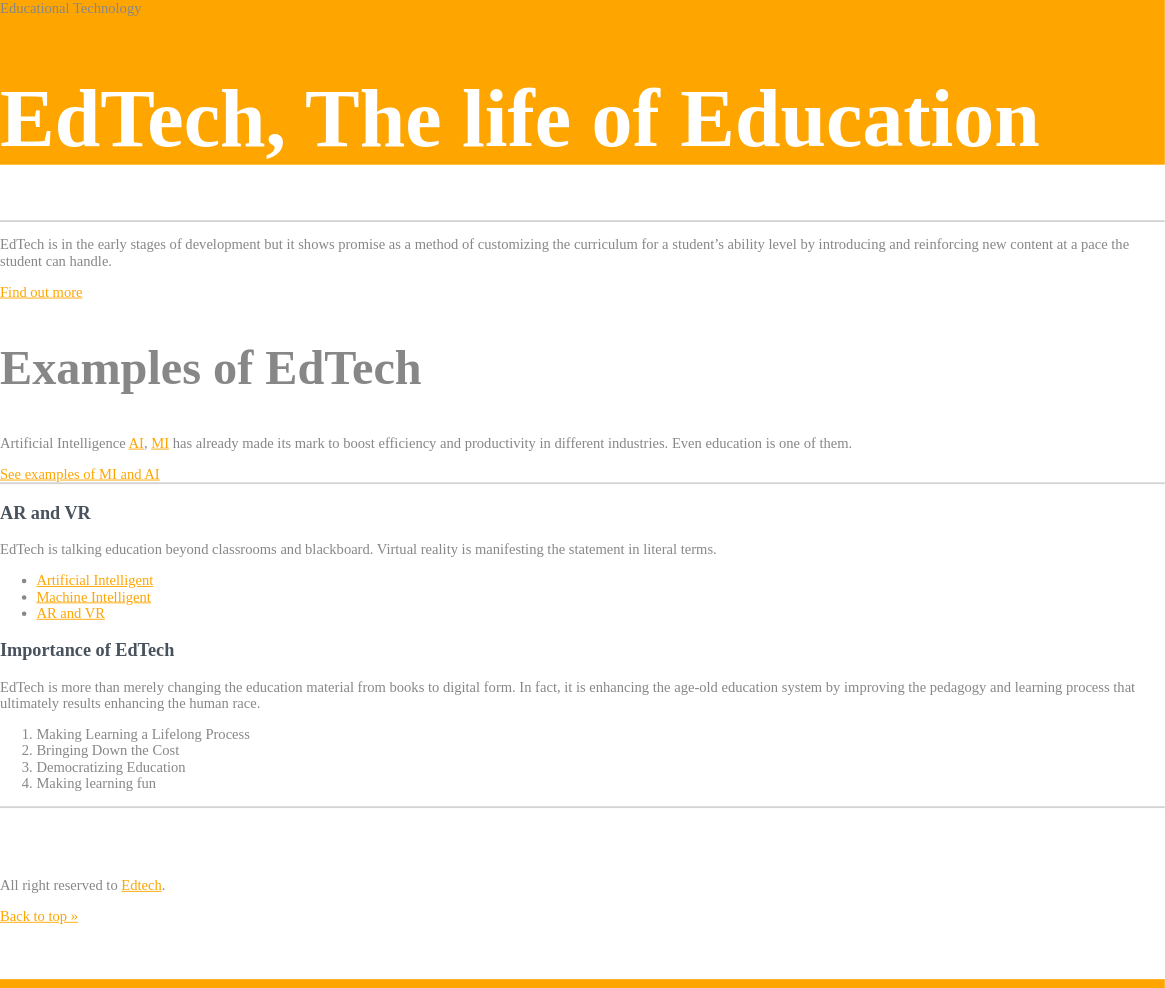
Repository: tunmishyi/edtech
Page: index.html
An editor plug-in stored every save of this project. The page is shown before and after the next save, followed by the edit.
The browser window is 1280 px wide. The pictures show the whole page, at 91% of full size.

Above is the page before, as saved 2020-06-09 22:19:22.

After the next save:
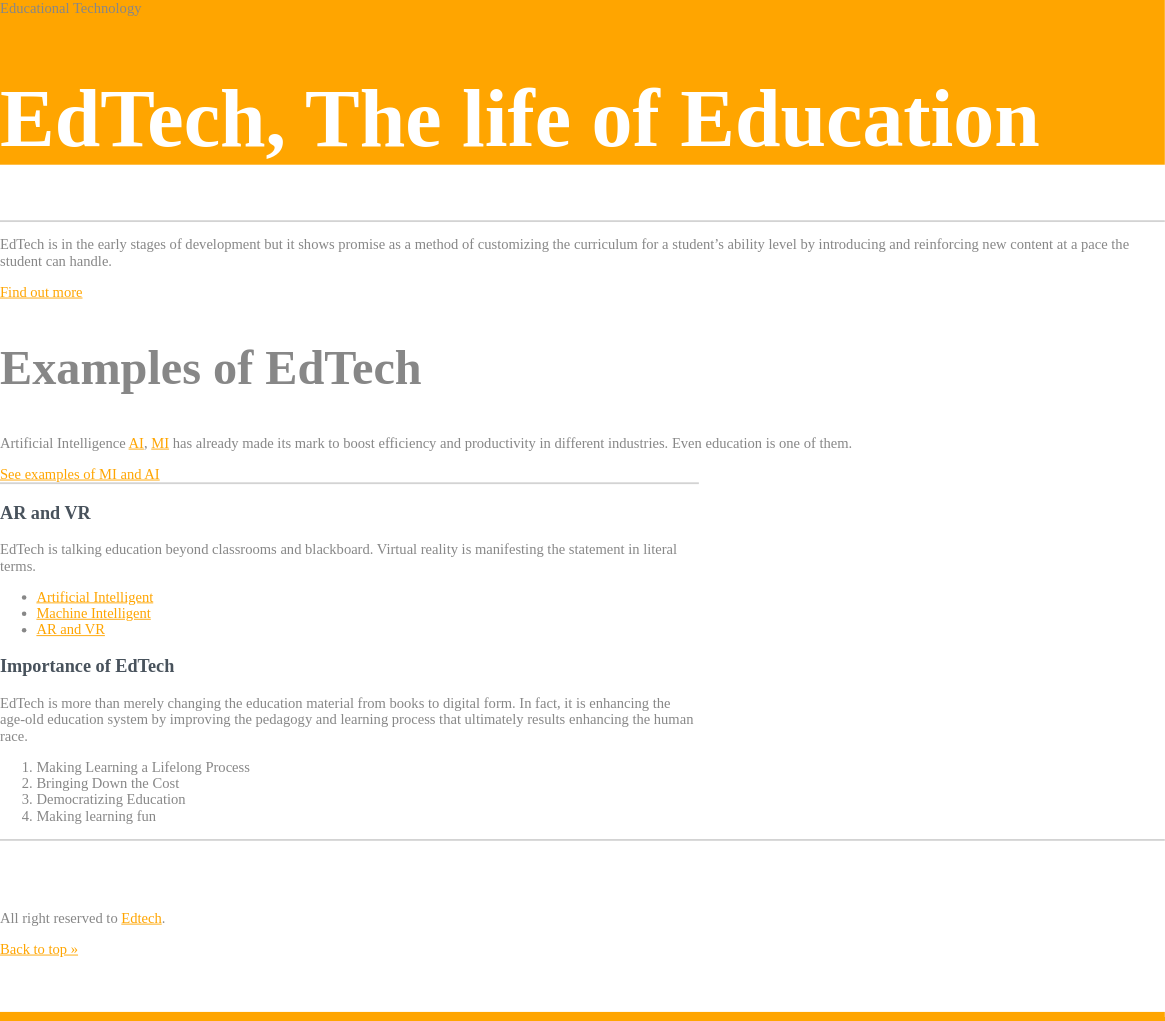
Saved 27 s later.
--- a/style.css
+++ b/style.css
@@ -39,8 +39,9 @@ h1 {
         font-size: 26px;
     }
 
-    .primary-content, .secondary-content {
-
+    .primary-content,
+    .secondary-content {
+        width: 60%;
     }
     .primary-content {
         text-align: center;
